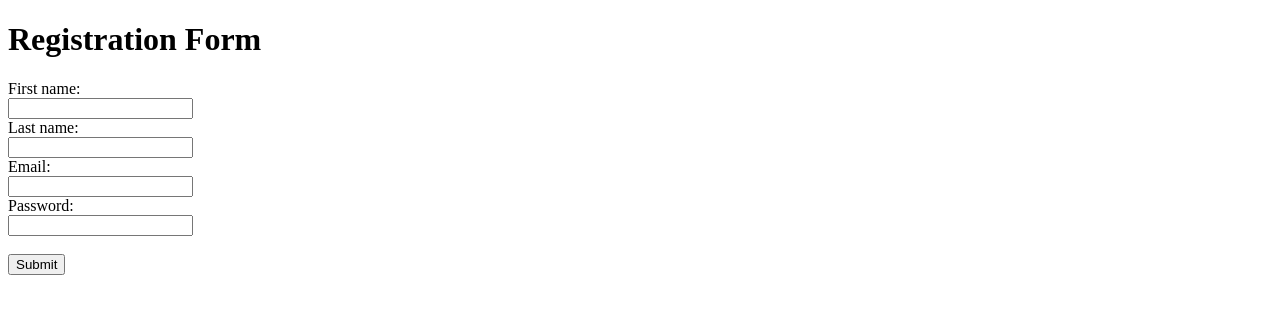
Repository: sach7691/eclipse-projects
Page: http://localhost/customer-management-application/
These files come from the project's save history. The page is drawn as it stood at one moment and after the next save; the edit follows.
The browser window is 1280 px wide. The pictures show the whole page.
The page is served by Tomcat 9.

Above is the page before, as saved 2022-08-11 20:15:29.

After the next save:
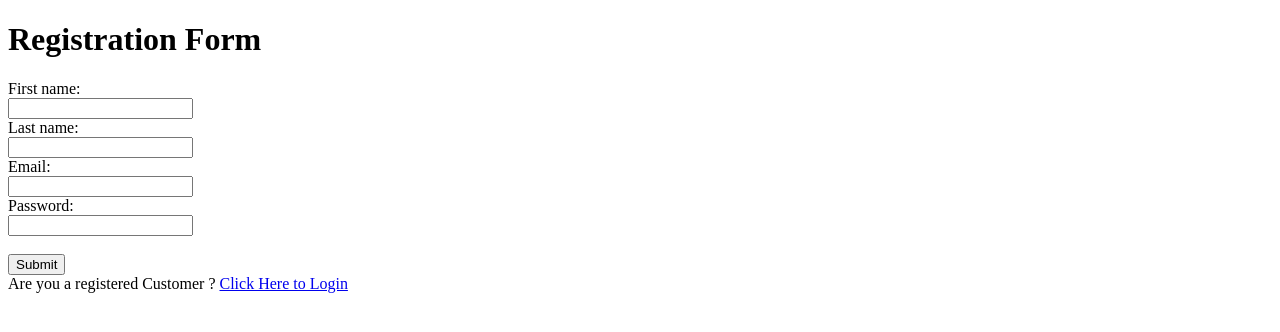
Saved 16 min 23 s later.
--- a/customer-management-application/src/main/webapp/index.jsp
+++ b/customer-management-application/src/main/webapp/index.jsp
@@ -21,6 +21,6 @@
   <input type="submit" value="Submit">
   </form>
 
-
+ <label>Are you a registered Customer ? </label><a href="login.jsp/">Click Here to Login</a>
 </body>
 </html>
